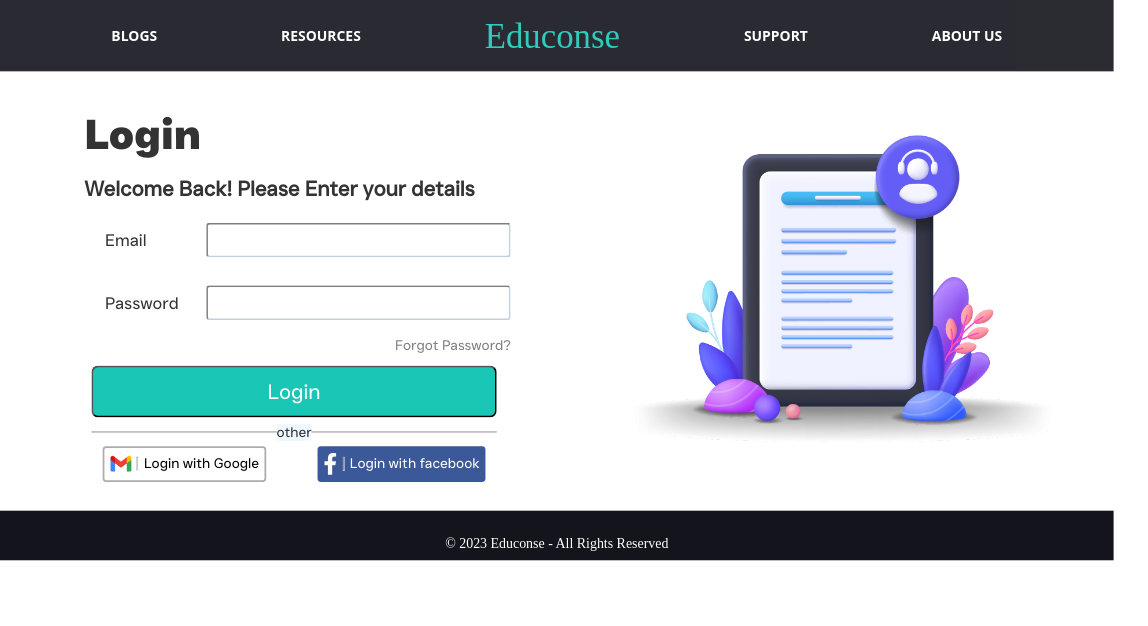
Repository: devajay07/educonse
Page: pages/login.html
An editor plug-in stored every save of this project. The page is shown before and after a run of saves, followed by the edit.
The browser window is 1280 px wide. The page is 1319 px wide, then 1280 px, so the pictures cover 1319 px, including what lies to the right of the window. The pictures show the whole page, at 87% of full size.

Above is the page before, as saved 2023-10-15 03:39:50.

After the next 2 saves:
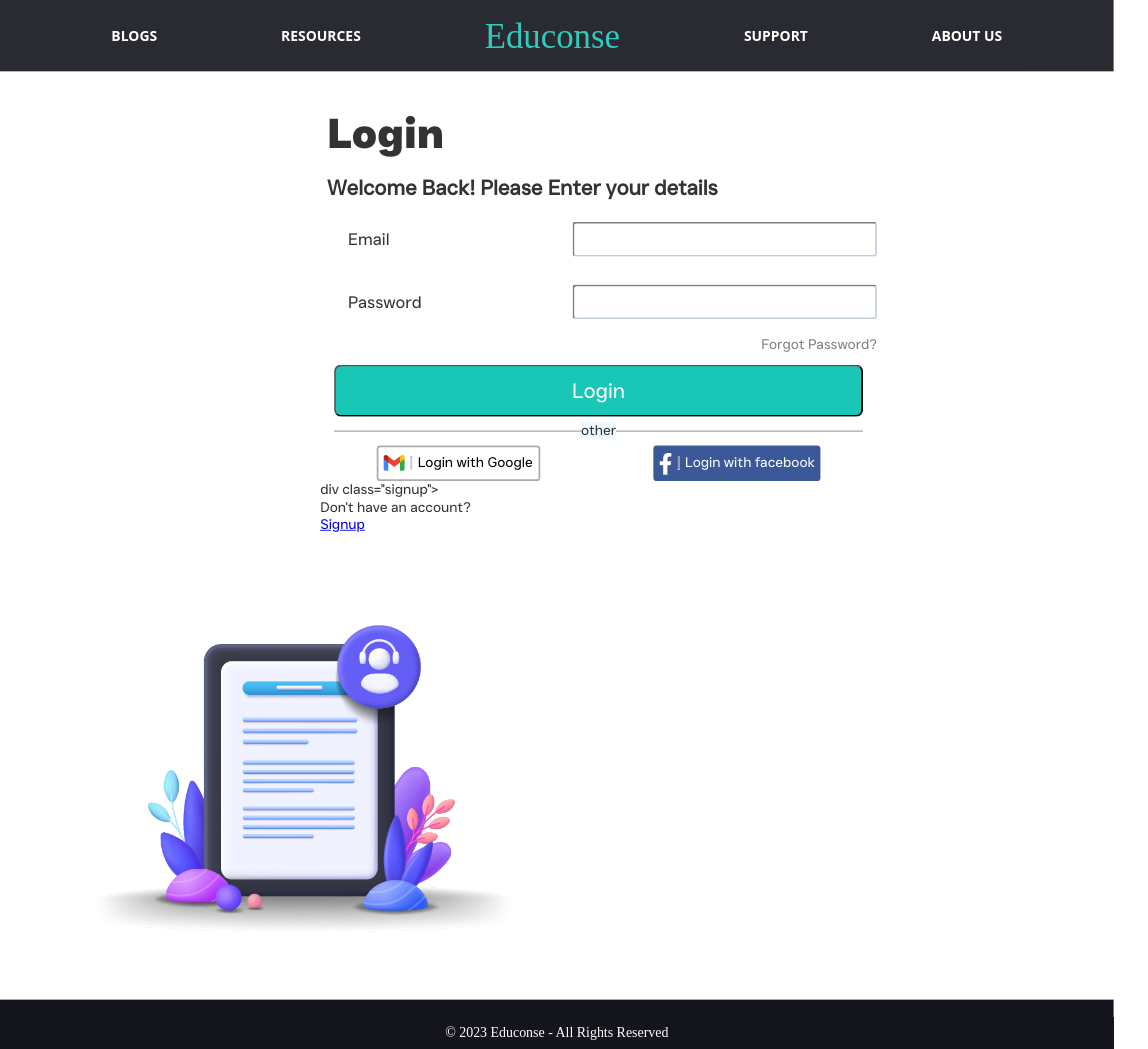
The 2 saves are shown as one change because they came seconds apart.
The last was saved 7 s later.
--- a/pages/login.html
+++ b/pages/login.html
@@ -53,6 +53,10 @@
             <p>Login with facebook</p>
           </div>
       </div>
+      div class="signup">
+            <p>Don't have an account?</p>
+            <a href="#">Signup</a>
+          </div>
       </div>
       <div class="right-section">
 
